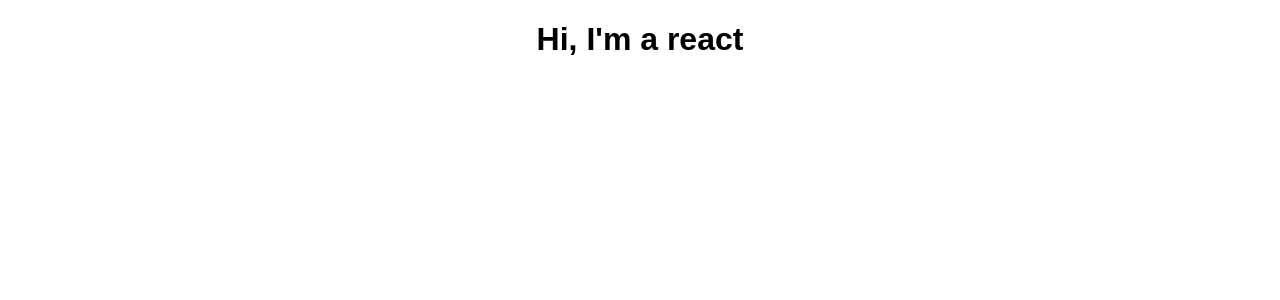
Repository: cristinadoroftei/FirstReactProject
Page: /
An editor plug-in stored every save of this project. The page is shown before and after the next save, followed by the edit.
The browser window is 1280 px wide. The pictures show the whole page.
The project was rebuilt for these pictures with package versions that can differ from the ones it lists, and the page was loaded fresh each time.

Above is the page before, as saved 2020-07-08 09:01:34.

After the next save:
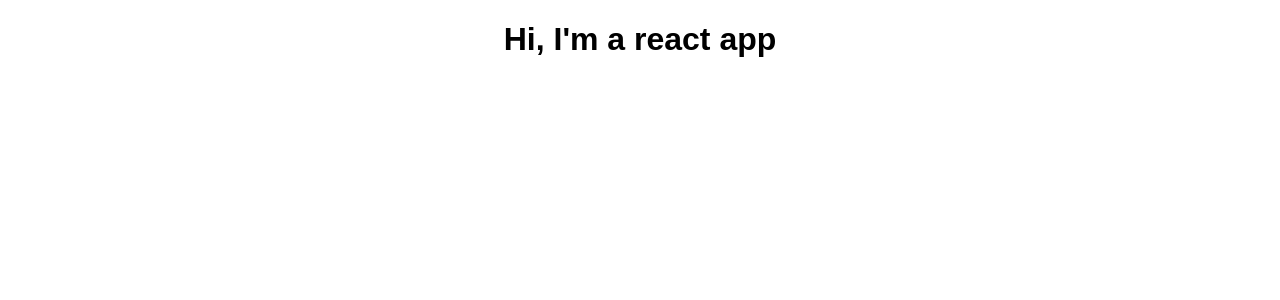
Saved 6 s later.
--- a/src/App.js
+++ b/src/App.js
@@ -6,7 +6,7 @@ class App extends Component {
   render() {
     return (
       <div className="App">
-        <h1>Hi, I'm a react </h1>
+        <h1>Hi, I'm a react app</h1>
       </div>
     );
   }
